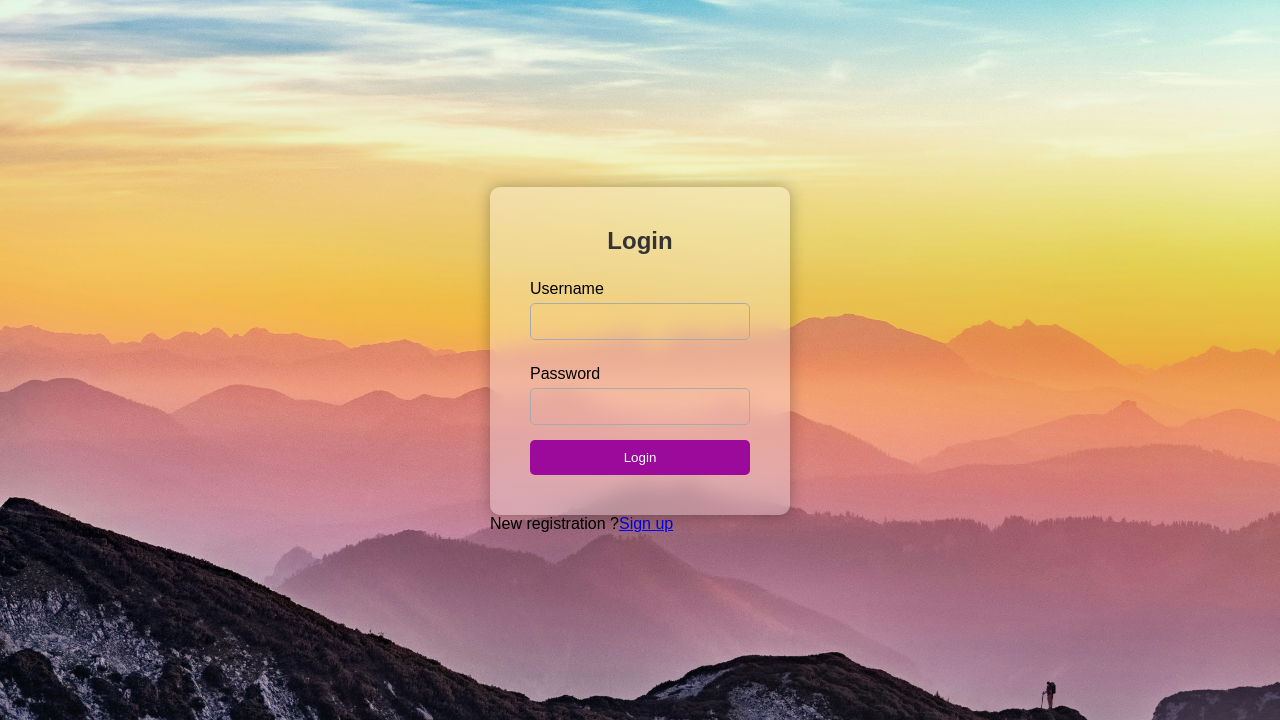
Repository: aboli-vyas/Servlet_Projects
Page: Sevlet_Project/src/main/webapp/Login.html
The author's editor kept a copy of each file at every save. The page is drawn from the files as they stood at one save, then again after the next save.
The browser window is 1280 px wide. The pictures show the whole page.

Above is the page before, as saved 2025-06-08 11:56:32.

After the next save:
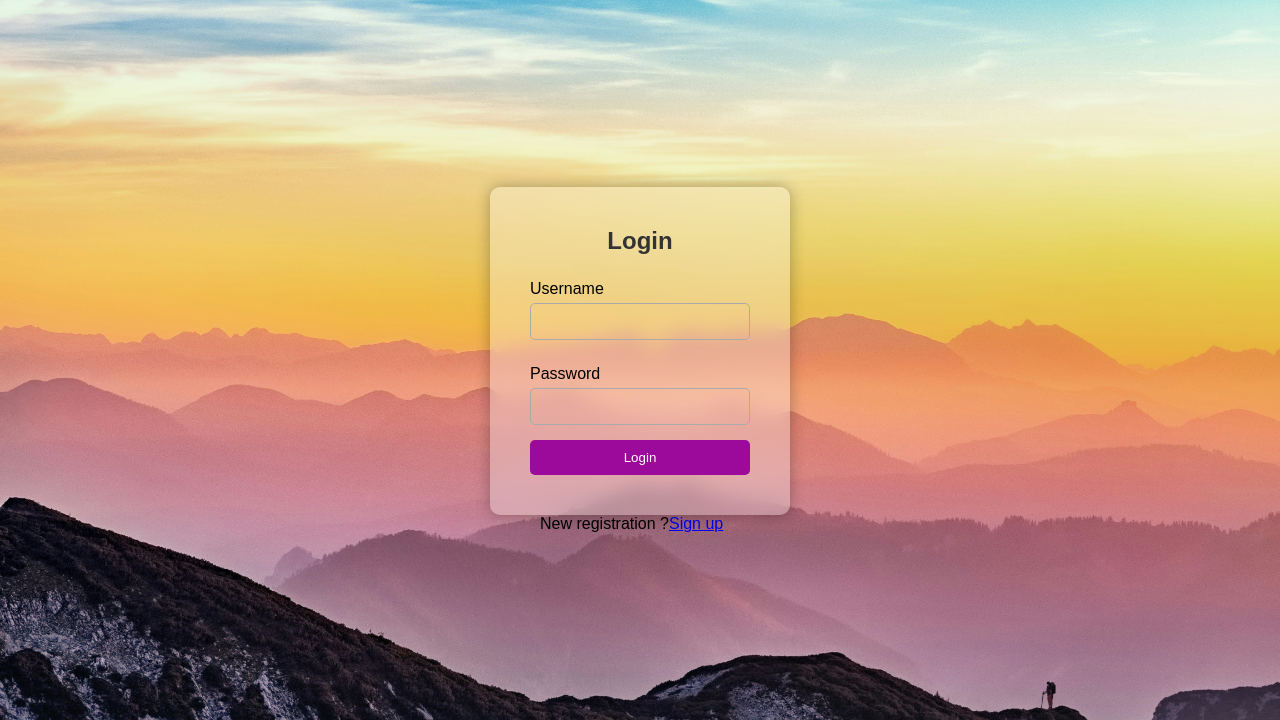
Saved 6 s later.
--- a/Sevlet_Project/src/main/webapp/Login.html
+++ b/Sevlet_Project/src/main/webapp/Login.html
@@ -21,7 +21,7 @@
 
 
   </div>
-   <label style= "mar">New registration ?<a href="Registration.html">Sign up</a></label>
+   <label style= "margin-left: 50px; ">New registration ?<a href="Registration.html">Sign up</a></label>
     </form>
 </body>
 </html>
